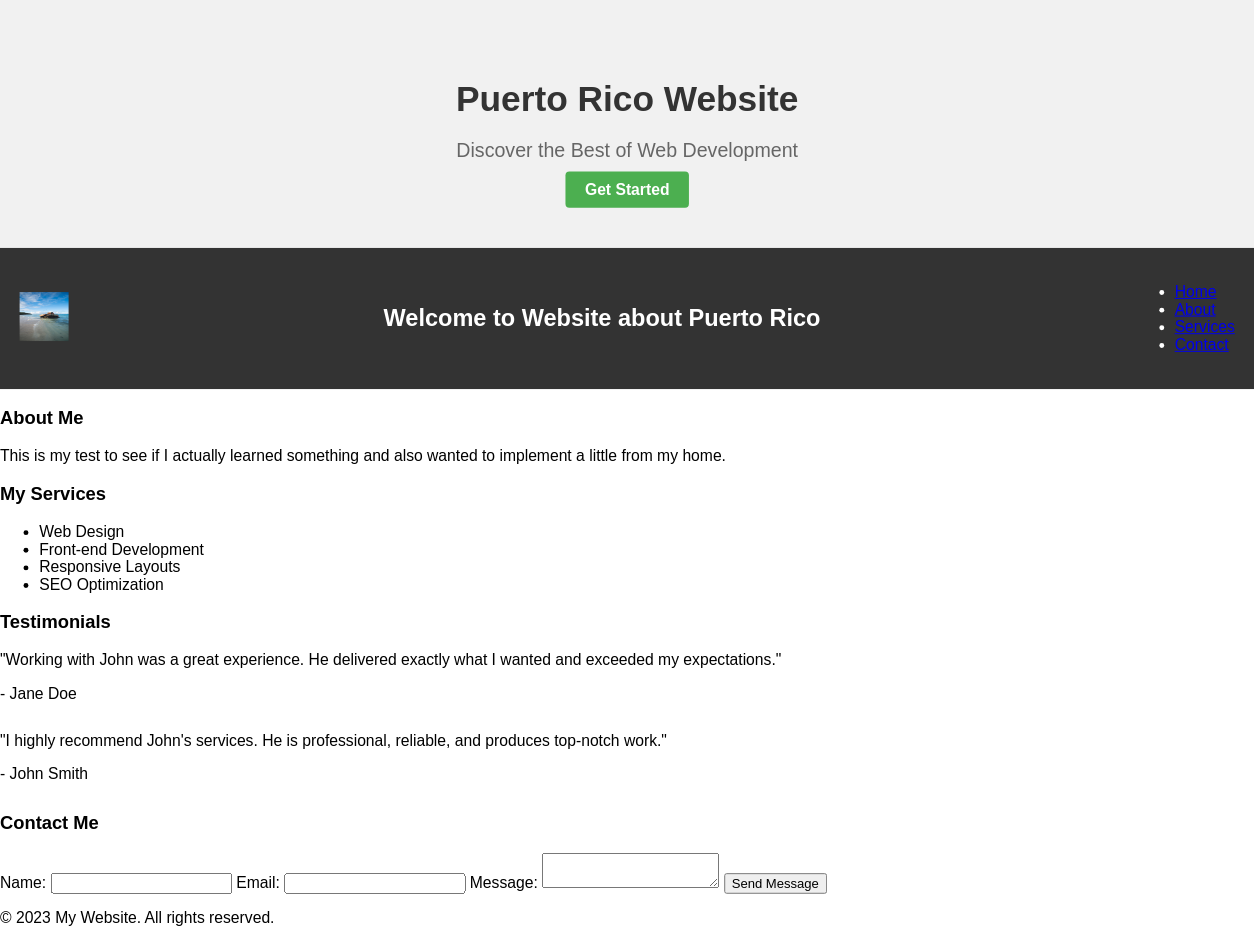
Repository: HeliosAI9/First-test-website
Page: mywebsite/index.html
An editor plug-in stored every save of this project. The page is shown before and after the next save, followed by the edit.
The browser window is 1280 px wide. The pictures show the whole page, at 98% of full size.
Pictures or frames that could not be fetched are drawn as grey boxes.

Above is the page before, as saved 2023-07-03 08:00:14.
Console error: TypeError: Cannot read properties of null (reading 'addEventListener')

### mywebsite/index.html
<!DOCTYPE html>
<html lang="en">
<head>
  <meta charset="UTF-8">
  <meta http-equiv="X-UA-Compatible" content="IE=edge">
  <meta name="viewport" content="width=device-width, initial-scale=1.0">
  <title>Your Website Title</title>
  <link rel="stylesheet" href="style.css">
  <script src="first.js"></script>
</head>
<body>
  <section class="hero">
    <h1 class="hero-title">Puerto Rico Website</h1>
    <p class="hero-subtitle">Discover the Best of Web Development</p>
    <a href="#" class="hero-button">Get Started</a>
  </section>

  <div class="backgroundContainer">
    <video id="background" autoplay loop>
        <source src="resources/pexels-deeana-arts-14620689 (1440p).mp4" type="video/mp4">
    </video>

    <audio id="backgroundMusic" class="bgm" src="resources/touhouBackgroundMusicMixed.mp3" loop onclick="audioController()"></audio>
  </div>

  <div class="headerBar">
    <div class="leftBarContainer">
        <a class="logocontainer" href=".">
            <div class="logoImageContainer">
              <img class="logoImage" src="resources/pexels-jo-kassis-4633495.jpg">
            </div>
          </a>
    </div>

    <h2>Welcome to Website about Puerto Rico</h2>
    <nav>
        <ul>
            <li><a href="resources/pexels-caleb-oquendo-2927993.jpg">Home</a></li>
            <li><a href="resources/pexels-caleb-oquendo-3010317.jpg">About</a></li>
            <li><a href="resources/pexels-cristian-13554463.jpg">Services</a></li>
            <li><a href="resources/pexels-diego-f-parra-15305871.jpg">Contact</a></li>
        </ul>
    </nav>
  </div>

  <div class="layer1">
    <h3>About Me</h3>
    <p>This is my test to see if I actually learned something and also wanted to implement a little from my home.</p>
  </div>

  <div class="layer2">
    <h3>My Services</h3>
    <ul>
      <li>Web Design</li>
      <li>Front-end Development</li>
      <li>Responsive Layouts</li>
      <li>SEO Optimization</li>
    </ul>
  </div>

  <div class="layer3">
    <h3>Testimonials</h3>
    <div class="testimonial">
      <p>"Working with John was a great experience. He delivered exactly what I wanted and exceeded my expectations."</p>
      <p>- Jane Doe</p>
    </div>
    <div class="testimonial">
      <p>"I highly recommend John's services. He is professional, reliable, and produces top-notch work."</p>
      <p>- John Smith</p>
    </div>
  </div>

  <div class="layer4">
    <h3>Contact Me</h3>
    <form>
      <label for="name">Name:</label>
      <input type="text" id="name" name="name" required>

      <label for="email">Email:</label>
      <input type="email" id="email" name="email" required>

      <label for="message">Message:</label>
      <textarea id="message" name="message" required></textarea>

      <button type="submit">Send Message</button>
    </form>
  </div>

  <div class="footerLayer">
    <p>&copy; 2023 My Website. All rights reserved.</p>
  </div>

  <script src="first.js"></script>
</body>
</html>

### mywebsite/style.css
/* Global styles */
body {
    margin: 0;
    padding: 0;
    font-family: Arial, sans-serif;
  }

  /* Background container */
  .backgroundContainer {
    position: relative;
  }

  /* Video background */
  #background {
    position: absolute;
    top: 0;
    left: 0;
    width: 100%;
    height: 100%;
    object-fit: cover;
  }

  /* Logo image */
  .logoImage {
    width: 50px;
    height: 50px;
  }

  /* Header bar */
  .headerBar {
    display: flex;
    justify-content: space-between;
    align-items: center;
    padding: 20px;
    background-color: #333;
    color: #fff;
  }

  /* Hero section */
  .hero {
    background-color: #f1f1f1;
    text-align: center;
    padding: 50px 0;
  }

  .hero-title {
    font-size: 36px;
    color: #333;
    margin-bottom: 10px;
  }

  .hero-subtitle {
    font-size: 20px;
    color: #666;
    margin-bottom: 20px;
  }

  .hero-button {
    background-color: #4caf50;
    color: white;
    padding: 10px 20px;
    text-decoration: none;
    border-radius: 4px;
    font-weight: bold;
    transition: background-color 0.3s ease;
  }

  .hero-button:hover {
    background-color: #45a049;
  }

  /* Features section */
  .features {
    background-color: #fff;
    padding: 50px 0;
    text-align: center;
  }

  .feature {
    margin-bottom: 30px;
  }

  .feature-icon {
    font-size: 48px;
    color: #4caf50;
  }

  .feature-title {
    font-size: 24px;
    color: #333;
    margin-top: 20px;
  }

  .feature-description {
    font-size: 16px;
    color: #666;
    margin-top: 10px;
  }

  /* Testimonials section */
  .testimonials {
    background-color: #f5f5f5;
    padding: 50px 0;
    text-align: center;
  }

  .testimonial {
    margin-bottom: 30px;
  }

  .testimonial-text {
    font-size: 18px;
    color: #333;
    margin-top: 20px;
  }

  .testimonial-author {
    font-size: 14px;
    color: #666;
    margin-top: 10px;
  }

  /* Footer */
  .footer {
    background-color: #333;
    color: #fff;
    padding: 30px 0;
    text-align: center;
  }

  .footer-text {
    font-size: 14px;
    margin-bottom: 10px;
  }

  .footer-link {
    color: #fff;
    text-decoration: none;
  }

  .footer-link:hover {
    text-decoration: underline;
  }

### mywebsite/first.js
const audio = document.getElementById("backgroundMusic");

const audioQuery = document.querySelector("audio");
window.addEventListener("DOMContentLoaded", event => {
  audioQuery.volume = 1;
  audioQuery.play();
});

function audioController() {
  if (!audio.paused) {
    audio.pause();
  } else {
    audio.play();
  }
}

let imageTracker = "i";
function imageChange() {
  const image = document.getElementById("audioController");

  if (imageTracker === "i") {
    image.src = "resources/audioControllerOff.png";
    imageTracker = "I";
  } else {
    image.src = "resources/audioControllerOn.png";
    imageTracker = "i";
  }
}

const menuBtn = document.querySelector('.menuHamburger');
let menuOpen = false;
menuBtn.addEventListener('click', () => {
  if (!menuOpen) {
    menuBtn.classList.add('open');
    menuOpen = true;
  } else {
    menuBtn.classList.remove('open');
    menuOpen = false;
  }
});

const list = document.querySelector('.rightBarStuff');
menuBtn.addEventListener('click', () => {
  list.classList.toggle('show');
});

const dropdownContent = document.querySelector(".dropdownContent");
function showDropdown() {
  dropdownContent.style.display = "flex";
}

function hideDropdown() {
  dropdownContent.style.display = "none";
}

function toggleDropdown() {
  if (dropdownContent.style.display === "none") {
    showDropdown();
  } else {
    hideDropdown();
  }
}

After the next save:
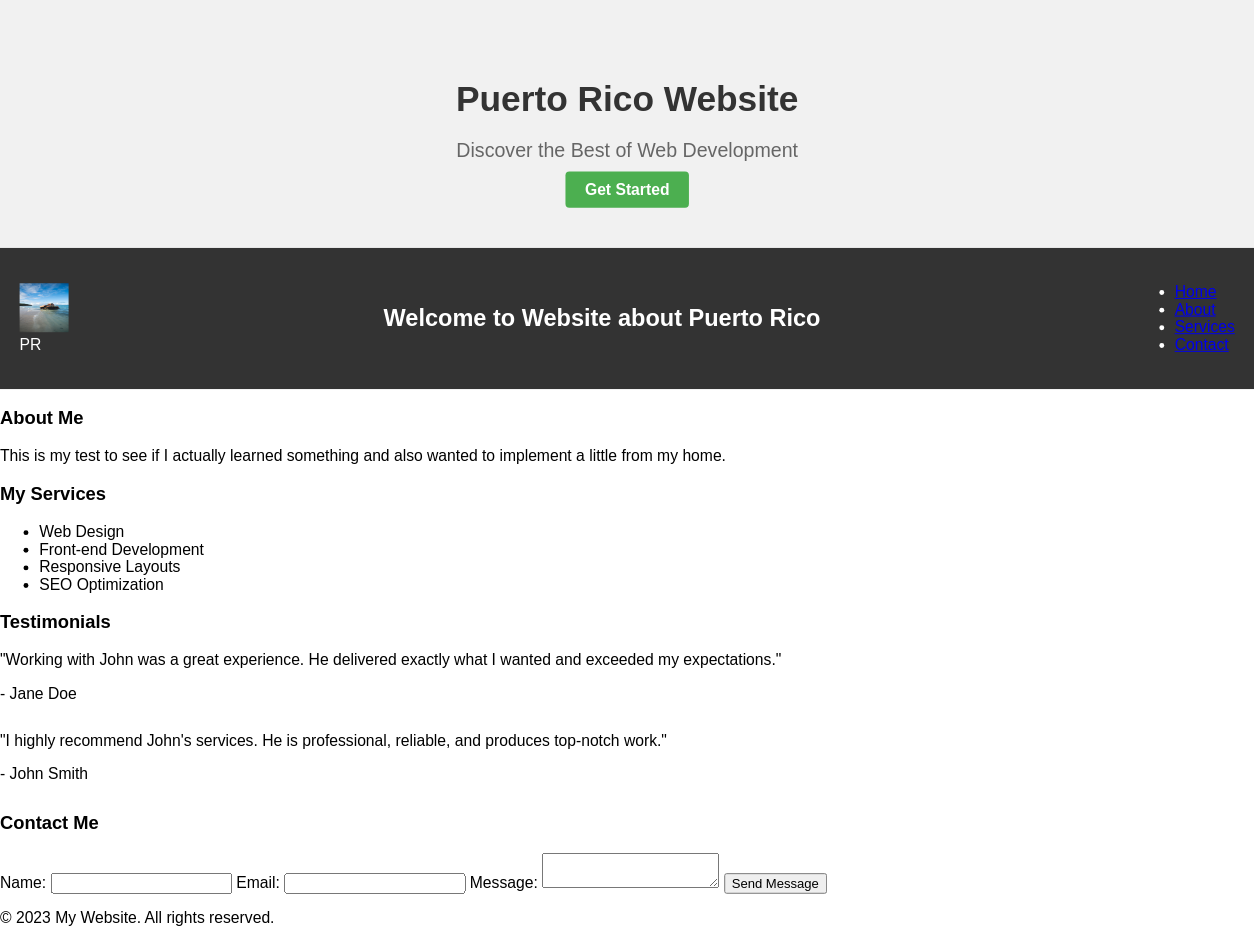
Saved 10 h 45 min later.
--- a/mywebsite/index.html
+++ b/mywebsite/index.html
@@ -26,10 +26,14 @@
   <div class="headerBar">
     <div class="leftBarContainer">
         <a class="logocontainer" href=".">
-            <div class="logoImageContainer">
-              <img class="logoImage" src="resources/pexels-jo-kassis-4633495.jpg">
-            </div>
-          </a>
+          <div class="pexels-jo-kassis-4633495">
+            <a class="logocontainer" href=".">
+              <div class="logoImageContainer">
+                <img class="logoImage" src="resources/pexels-jo-kassis-4633495.jpg" alt="Logo">
+              </div>
+            </a>
+            <div>PR</div>
+          </div>
     </div>
 
     <h2>Welcome to Website about Puerto Rico</h2>
